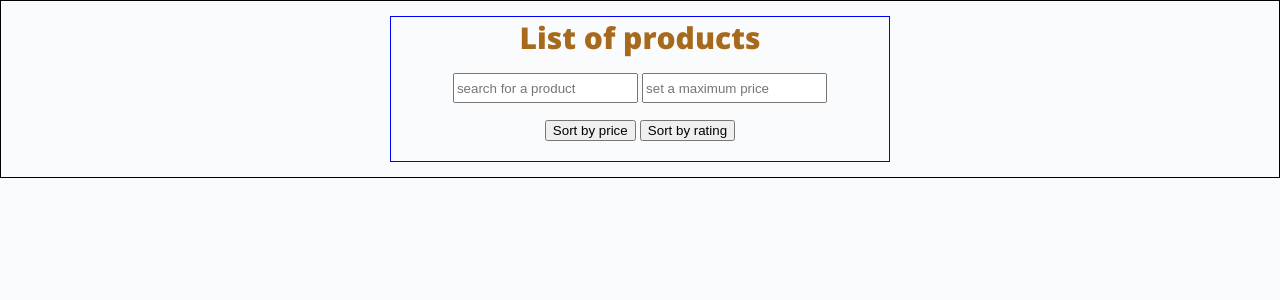
Repository: andrii1/hyf-homework
Page: javascript/javascript2/week2/hyf-bay/index.html
An editor plug-in stored every save of this project. The page is shown before and after the next save, followed by the edit.
The browser window is 1280 px wide. The pictures show the whole page.

Above is the page before, as saved 2022-07-06 12:35:47.

### javascript/javascript2/week2/hyf-bay/index.html
<head>
  <title>HyfBay - list of products</title>
  <meta name="viewport" content="width=device-width, initial-scale=1" />
  <link rel="stylesheet" type="text/css" href="main.css" />
  <link
    href="https://fonts.googleapis.com/css?family=Open+Sans:400,800"
    rel="stylesheet"
  />
</head>

<body>
  <main>
    <section class="box-products">
      <h1>List of products</h1>
      <form action="#" class="form">
        <input type="text" id="search" placeholder="search for a product" />
        <input
          type="text"
          id="maximumPrice"
          placeholder="set a maximum price"
        />
      </form>
      <button id="price-sort">Sort by price</button>
      <button id="rating-sort">Sort by rating</button>
      <ul id="list"></ul>
    </section>
  </main>
  <script src="hyfBayHelpers.js"></script>
  <script src="main.js"></script>
</body>

### javascript/javascript2/week2/hyf-bay/main.css
body {
    font-family: "Open Sans", sans-serif;
    background-color: #F9FBFD;
}

* {
    box-sizing: border-box;
}

body, h1, h2 {
    margin: 0;
}

h1 {
  font-size: 30px;
  color: rgb(167, 105, 28);
}

h2 {
  font-size: 24px;
}

ul {
    list-style-type: none;
    margin: 0;
    padding: 10;
}

main {
  display: flex;
  align-items: center;
  justify-content: center;
  padding:15;
  align-items: center;
  border: 1px solid black;
}

.box-products {
  width: 500px;
  border: 1px solid blue;
  text-align: center
}

form {
  margin: 15 0;
}

input[type=text] {
  height: 30px;
}

### javascript/javascript2/week2/hyf-bay/hyfBayHelpers.js
/* DONT MODIFY ANY OF THIS CODE!!!*/

window.getAvailableProducts = function () {
  function getRandomInt(min, max) {
    min = Math.ceil(min);
    max = Math.floor(max);
    return Math.floor(Math.random() * (max - min + 1)) + min;
  }

  function getRandomItem(availableProductNames) {
    return availableProductNames[
      getRandomInt(0, availableProductNames.length - 1)
    ];
  }

  function getRandomProductname() {
    const preWords = [
      "Used",
      "Fantastic",
      '"Used"',
      "Broken",
      "Beautiful",
      "Wet",
      "Green",
      "Sloppy",
      "Dirty",
    ];
    const productNames = [
      "Carrot",
      "Drone",
      "Giftcard",
      "Puppy",
      "Car",
      "Shirt",
      "Milk",
      "Chalk",
      "Fish fingers",
      "Socks",
      "Chocolate",
      "Toothbrush",
      "Computer",
      "Nokia",
      "Cologne",
    ];

    let chosenProductName = getRandomItem(productNames);
    const shouldHavePreWord = getRandomInt(0, 10) > 6;

    if (shouldHavePreWord) {
      const preWord = preWords[getRandomInt(0, preWords.length - 1)];
      chosenProductName = `${preWord} ${chosenProductName}`;
    }

    return chosenProductName;
  }

  const numberOfAvailableProducts = getRandomInt(0, 30);
  const availableProducts = Array.apply(
    null,
    Array(numberOfAvailableProducts)
  ).map(() => {
    const name = getRandomProductname();
    return {
      id: `${name}${getRandomInt(0, 100000)}`,
      name,
      price: getRandomInt(0, 10000),
      rating: getRandomInt(1, 10),
    };
  });

  return availableProducts;
};

### javascript/javascript2/week2/hyf-bay/main.js
console.log("Script loaded");
const products = getAvailableProducts();
console.log(products);
let clickCount = 0;
let clickCountRating = 0;
const searchInput = document.getElementById("search");
const maximumPriceInput = document.getElementById("maximumPrice");
const buttonSortPrice = document.getElementById("price-sort");
const buttonSortRating = document.getElementById("rating-sort");
searchInput.addEventListener("input", filterProducts);
maximumPriceInput.addEventListener("input", filterProductsByPrice);
buttonSortPrice.addEventListener("click", sortProductsByPrice);
buttonSortRating.addEventListener("click", sortProductsByRating);
function filterProducts(event) {
  const filteredProducts = products.filter((product) =>
    product.name.toLowerCase().includes(event.target.value)
  );
  renderProducts(filteredProducts);
}

function filterProductsByPrice(event) {
  const filteredProducts = products.filter(
    (product) => product.price < event.target.value
  );
  renderProducts(filteredProducts);
}

function sortProductsByPrice() {
  if (clickCount % 2 == 0) {
    const sortedProducts = products.sort((a, b) => a.price - b.price);
    renderProducts(sortedProducts);
  } else {
    const sortedProducts = products.sort((a, b) => b.price - a.price);
    renderProducts(sortedProducts);
  }

  clickCount++;
}

function sortProductsByRating() {
  if (clickCountRating % 2 == 0) {
    const sortedProducts = products.sort((a, b) => a.rating - b.rating);
    renderProducts(sortedProducts);
  } else {
    const sortedProducts = products.sort((a, b) => b.rating - a.rating);
    renderProducts(sortedProducts);
  }

  clickCountRating++;
}

const list = document.querySelector("#list");

function renderProducts(products) {
  // your code here
  list.innerHTML = "";
  for (let i = 0; i < products.length; i++) {
    const listItem = document.createElement("li");
    const name = document.createElement("h2");
    const price = document.createElement("p");
    const rating = document.createElement("p");
    name.innerHTML = products[i].name;
    price.innerHTML = `price: ${products[i].price}`;
    rating.innerHTML = `rating: ${products[i].rating}`;
    list.appendChild(listItem);
    list.appendChild(name);
    list.appendChild(price);
    list.appendChild(rating);
  }
}

//renderProducts(products); // This should create the ul and the li's with the individual products details

After the next save:
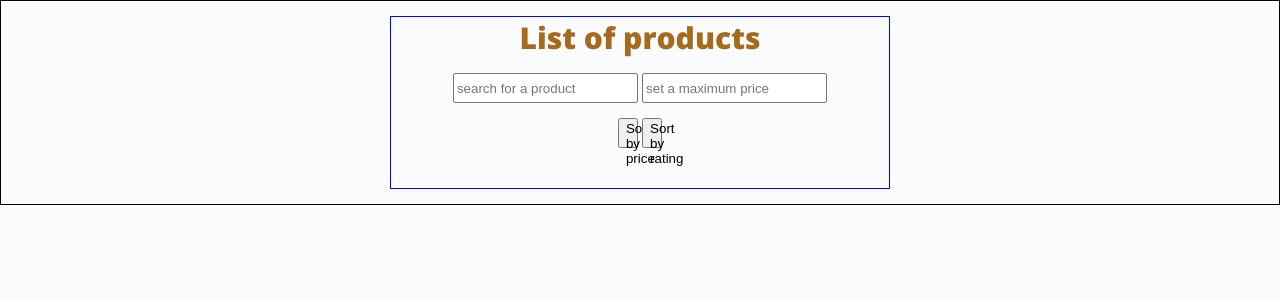
Saved 36 s later.
--- a/javascript/javascript2/week2/hyf-bay/main.css
+++ b/javascript/javascript2/week2/hyf-bay/main.css
@@ -48,3 +48,8 @@ form {
 input[type=text] {
   height: 30px;
 }
+
+button {
+  width: 20px;
+  height: 30px;
+}
